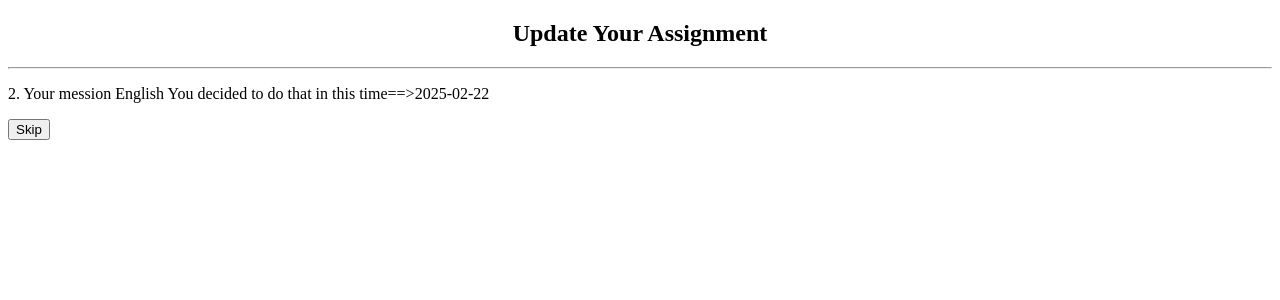
Repository: marawan200311-dev/To-Do-List-
Page: http://localhost/update_page
The author's editor kept a copy of each file at every save. The page is drawn from the files as they stood at one save, then again after the next save.
The browser window is 1280 px wide. The pictures show the whole page.
The page is served by the project's application, run on Flask 3 (app.py). The page reads the database file committed with the project.

Above is the page before, as saved 2025-11-22 04:03:23.
Console error: TypeError: Cannot read properties of null (reading 'addEventListener')

### templates/update.html
{%extends 'base.html'%}
{%block head%}
<title>update page</title>
{%endblock%}
{%block body%}
<h2 class="logo_of_update">Update Your Assignment</h2>
<hr>
<div>
  {% if data %}
    {% for item in data %}
        <p>{{ item }}</p>
    {% endfor %}
{% else %}
    <p>You haven't added anything yet to updata :)!</p>
{% endif %}
</div>
<form action="/update_new_assignment" method="POST">
    <input type="hidden" name="id" value="{{id}}">
    <label for="assignment"></label>

</form>
<button class="Skip_update">Skip</button>
{%endblock%}

### templates/base.html
<!DOCTYPE html>
<html lang="en">
  <head>
    <meta charset="UTF-8">
    <meta name="viewport" content="width=device-width, initial-scale=1.0">
    <link
      rel="stylesheet"
      href="{{url_for('static', filename='css/style.css')}}"
    />

    {%block head %}{%endblock%}
  </head>
  <body>
    {%block body %} {%endblock%}
    <script src="{{url_for('static',filename='js/main.js')}}"></script>
  </body>
</html>

### app.py
from flask import Flask, render_template ,url_for,request,redirect
import sqlite3
import os
db_py=os.path.join(os.path.dirname(__file__),'instance', 'data.db')
from instance.databas import initialise_data, add_data, show_up,delete,update




app= Flask(__name__)
@app.route('/')
def index():
  return render_template('index.html')
#_____________ADD_______________
@app.route('/add_page')
def add_page():
    return render_template('add.html')

@app.route('/add_assignment' ,methods=['POST'])
def assignment ():
   assignment=request.form['assignment']
   date= request.form['date']
   add_data(assignment,date)
   return render_template('add.html')

@app.route('/skip')
def skip ():
   return redirect('/')
#__________________________________

#_____________DELETE______________
@app.route('/delete_page')
def delete_page():
    data=show_up()
    return render_template('delete.html', schedule=data)

@app.route("/delet_form" , methods=['POST'])
def delete_mission():
    id_of_mission=int(request.form['number'])
    delete(id_of_mission)
    data=show_up()
    return render_template('delete.html',schedule=data)

@app.route('/skip_delete')
def skip_delete():
   return redirect('/')

#___________________________________________

#__________UPDATE_____________________
@app.route('/update_page')
def update_index():
    data=show_up()
    return render_template('update.html',data=show_up())
@app.route('/update_new_assignment' , methods=['POST'])
def update_data():
    id  = request.form['id']
    new_assignment = request.form.get('assignment')
    new_date =  request.form.get('date')
    update(id,new_assignment,new_date)
    return render_template('updat.html')
@app.route('/skip_update')
def skip_button():
    return redirect('/')
#__________________________________________

#________SHOW_________________
@app.route('/show_page')
def show_page():
    data=show_up()
    return render_template('show.html', schedule=data)
@app.route('/skip_show')
def skip_show():
    return redirect('/')


if __name__=="__main__":
      app.run(debug=True)

### instance/databas.py
import sqlite3
import os

def initialise_data():
  connect = sqlite3.connect('data.db')
  cursor= connect.cursor()

  cursor.execute('''
  CREATE TABLE IF NOT EXISTS user_assignment( id INTEGER PRIMARY KEY AUTOINCREMENT,
  assignment TEXT NOT NULL ,
date TEXT )
''')





def add_data(assignment,date):
   connect = sqlite3.connect('data.db')
   cursor= connect.cursor()
   cursor.execute('INSERT INTO user_assignment (assignment,date) VALUES(?,?)', (assignment,date))
   connect.commit()
   connect.close()

def show_up():
  connect = sqlite3.connect('data.db')
  cursor= connect.cursor()

  cursor.execute('SELECT * FROM user_assignment')
  all_date = cursor.fetchall()

  schedule=[]
  for data in all_date:
    schedule.append(f'{data[0]}. Your mession {data[1]} You decided to do that in this time==>{data[2]}')
  if len(schedule)==0 :
    print('The user does not add anything :)')
  return schedule


def delete (assignmentNumber):
  connect = sqlite3.connect('data.db')
  cursor= connect.cursor()

  cursor.execute('SELECT * FROM user_assignment WHERE id=?', (assignmentNumber,))
  row= cursor.fetchone()
  if row is None:
   return f"This {row} doesn't valid "
  cursor.execute('DELETE FROM user_assignment WHERE id = ? ', (assignmentNumber,))
  connect.commit()
  connect.close()
  return True

def update(id,assignment,date):
  connect = sqlite3.connect('data.db')
  cursor= connect.cursor()
  cursor.execute('''UPDATE user_assignment SET assignment=?, date=?, WHERE id=?''',(id,assignment,date))
  connect.commit()
  connect.close()













initialise_data()

### static/css/style.css
.h1{
  text-align: center;
  border-bottom: 2px solid black;
}

#text_add {
   display: inline;
}
#text_update{
  display: inline;
}

#text_show{
  display: inline;
}
#text_delete{
  display: inline;
}
.Show{
  text-align: center;

}
.Delete_logo{
  text-align: center;
}
.logo_of_update{
  text-align: center;
}

### static/js/main.js
document.addEventListener('DOMContentLoaded', () => {
    const skipButton = document.querySelector('.Skip');
    if(skipButton){
        skipButton.addEventListener('click', () => {
            window.location = '/skip';
        });
    }
});

const skip_showButton=document.querySelector('.Skip_Show');
if(skip_showButton){
    skip_showButton.addEventListener('click',()=>{
        window.location ='/skip_show';
    });
}

const skip_deleteButton=document.querySelector('.Skip_delete')
if(skip_deleteButton){
    skip_deleteButton.addEventListener('click',()=>{
        window.location ='/skip_delete'
    });
}


const addButton = document.querySelector('.Add');


addButton.addEventListener('click', () => {

    window.open('/add_page', '_blank');
});



addButton.addEventListener('click', () => {

    window.open('/add_page', '_blank');
});



const deletButton= document.querySelector('.Delete');

deletButton.addEventListener('click' , () => {
window.open('/delete_page','_blank')
});





const ubdateButton = document.querySelector('.Update')
ubdateButton.addEventListener('click', ()=> {
window.open('/update_page','_blank')

});








const showButton = document.querySelector('.Show')
showButton.addEventListener('click',()=>{
window.open('/show_page','_blank')
});

### data.db (the tables this page reads, as SQL)
CREATE TABLE user_assignment( id INTEGER PRIMARY KEY AUTOINCREMENT,
  assignment TEXT NOT NULL ,
date TEXT );
INSERT INTO "user_assignment" VALUES
(2, 'English', '2025-02-22');

After the next save:
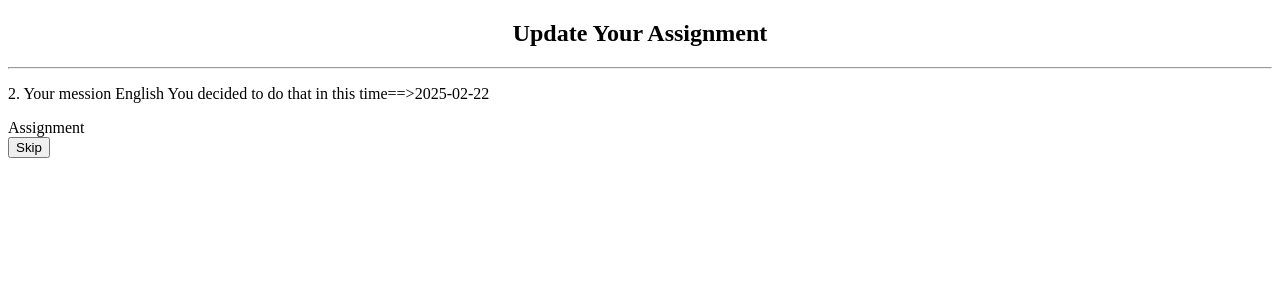
Saved 13 s later.
--- a/templates/update.html
+++ b/templates/update.html
@@ -16,7 +16,7 @@
 </div>
 <form action="/update_new_assignment" method="POST">
     <input type="hidden" name="id" value="{{id}}">
-    <label for="assignment"></label>
+    <label for="assignment">Assignment</label>
 
 </form>
 <button class="Skip_update">Skip</button>
